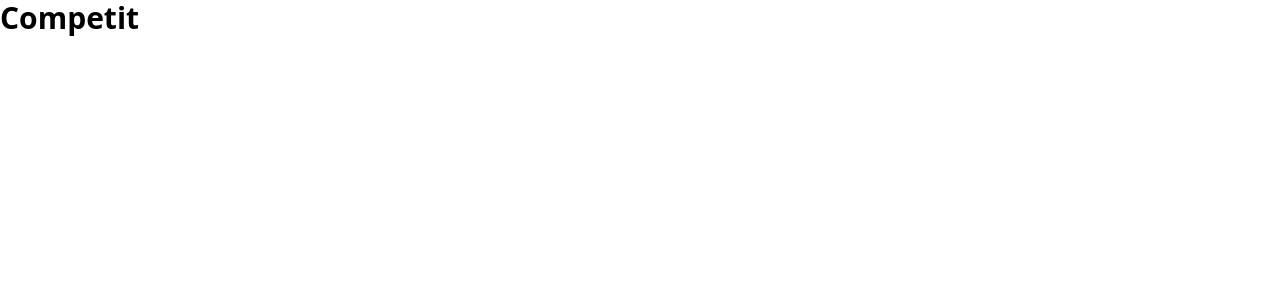
Repository: techieRahul17/blackoutscreen
Page: public/admin1.html
The author's editor kept a copy of each file at every save. The page is drawn from the files as they stood at one save, then again after a run of saves.
The browser window is 1280 px wide. The pictures show the whole page.
Some web libraries are served in a nearby version.

Above is the page before, as saved 2025-08-28 19:11:14.

After the next 2 saves:
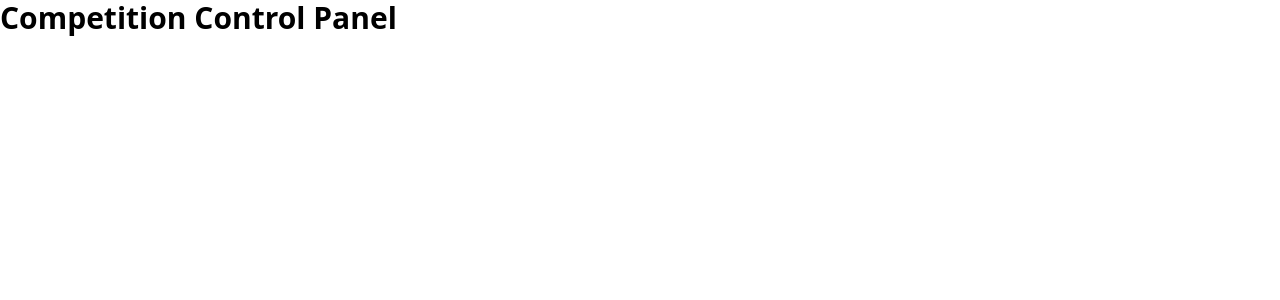
The 2 saves are shown as one change because they came seconds apart.
The last was saved 7 s later.
--- a/public/admin1.html
+++ b/public/admin1.html
@@ -5,7 +5,8 @@
     <script src="https://cdn.tailwindcss.com"></script>
     <div>
       <div className="w-96 h-40">
-       <h1 class="text-3xl font-bold text-black">Competit</h1>
+       <h1 class="text-3xl font-bold text-black">Competition Control Panel</h1>
+
 
     </div>
 
